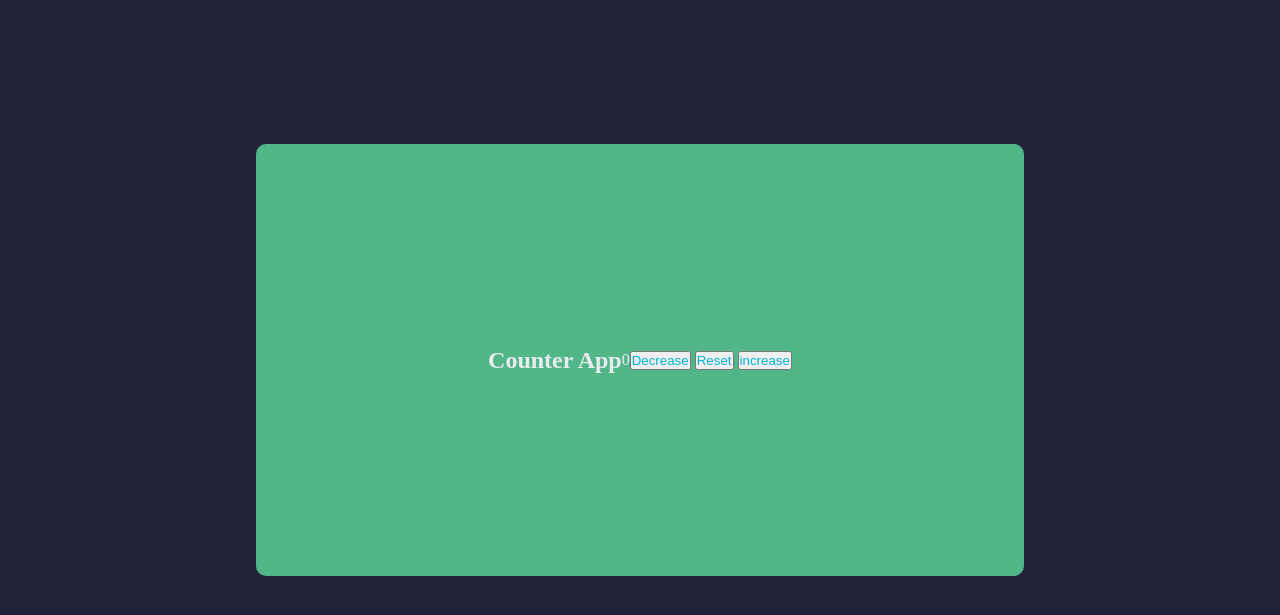
Repository: Yuukicoder/basicProject
Page: project2.html
An editor plug-in stored every save of this project. The page is shown before and after the next save, followed by the edit.
The browser window is 1280 px wide. The pictures show the whole page.

Above is the page before, as saved 2023-02-24 17:02:59.

### project2.html
<!DOCTYPE html>
<html lang="en">
  <head>
    <meta charset="UTF-8" />
    <meta http-equiv="X-UA-Compatible" content="IE=edge" />
    <meta name="viewport" content="width=device-width, initial-scale=1.0" />
    <title>Counter App</title>
    <link
      rel="shortcut icon"
      href="https://cdn-icons-png.flaticon.com/512/6134/6134688.png"
      type="image/x-icon"
    />
    <link rel="stylesheet" href="assets/css/project2.css" />
  </head>
  <body>
    <section class="box">
      <h1>Counter App</h1>
      <p class="counter-preview">0</p>
      <div class="buttons" id="allBtns">
        <button class="decrement" id="decrement">Decrease</button>
        <button class="reset" id="reset">Reset</button>
        <button class="increment" id="increment">increase</button>
      </div>
    </section>
    <script src="assets/js/project2.js"></script>
  </body>
</html>

### assets/css/project2.css
* {
  margin: 0;
  padding: 0;
  box-sizing: border-box;
  /* border: 1px solid black; */
}
:root {
  --button: #00b4d8;
}
body {
  background-color: #22223b;
  height: 100vh;
  width: 100vw;
  display: flex;
  align-items: center;
  justify-content: center;
}
.box {
  width: 60%;
  height: 60%;
  background-color: #52b788;
  display: flex;
  align-items: center;
  justify-content: center;
  border-radius: 10px;
}
h1,
p {
  color: #e9ecef;
}
button {
  color: #00b4d8;
}
h1,p,p

### assets/js/project2.js
const display = document.querySelector('.counter-preview');
const allBtns = document.querySelector('#allBtns');
allBtns.addEventListener('click',counter);
var value = 0;
function counter(x) {
    const btn = x.target.id;
    if(btn === 'increment'){
        value += 1;
    }
    else if(btn === 'decrement'){
        value -= 1;
    }
    else value = 0;
    display.textContent = value;
}

After the next save:
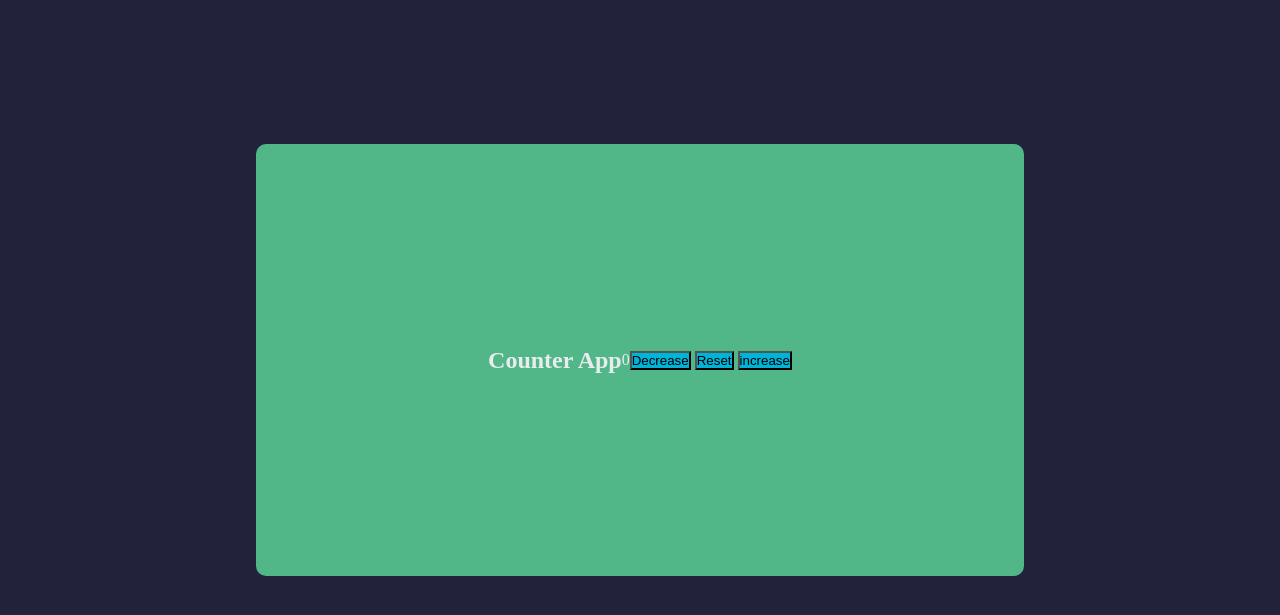
Saved 51 s later.
--- a/assets/css/project2.css
+++ b/assets/css/project2.css
@@ -6,6 +6,7 @@
 }
 :root {
   --button: #00b4d8;
+  --text: #e9ecef;
 }
 body {
   background-color: #22223b;
@@ -29,6 +30,7 @@ p {
   color: #e9ecef;
 }
 button {
-  color: #00b4d8;
+  background-color: #00b4d8;
+  color:
 }
-h1,p,p
+h1,p,
